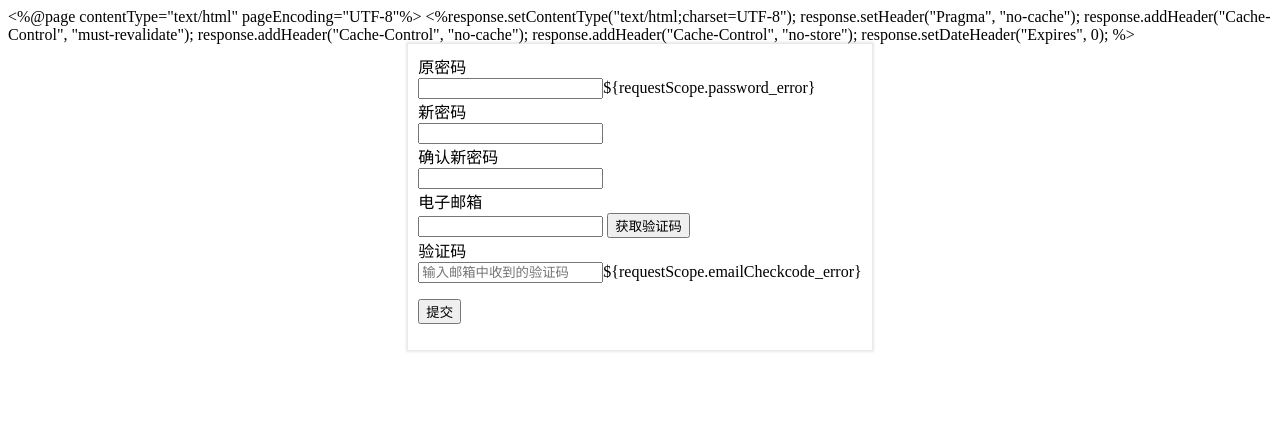
Repository: IAmJiangWenHao/ReportServer
Page: web/demo.html
An editor plug-in stored every save of this project. The page is shown before and after the next save, followed by the edit.
The browser window is 1280 px wide. The pictures show the whole page.

Above is the page before, as saved 2023-06-01 12:33:53.

### web/demo.html
<%@page contentType="text/html" pageEncoding="UTF-8"%>
<%response.setContentType("text/html;charset=UTF-8");
  response.setHeader("Pragma", "no-cache");
  response.addHeader("Cache-Control", "must-revalidate");
  response.addHeader("Cache-Control", "no-cache");
  response.addHeader("Cache-Control", "no-store");
  response.setDateHeader("Expires", 0);
%>
<!DOCTYPE html>
<html>
  <head>
    <meta http-equiv="Content-Type" content="text/html; charset=UTF-8">
    <title>重置口令</title>
  </head>

  <body>
    <style>
            #course1{


        padding: 10px;
        box-shadow: 0 0 2px 2px rgba(30, 30, 4, 0.1);
      }
      #course1:hover{
        box-shadow: 0 0 2px 2px rgba(30, 30, 4, 0.3);
      }
      #course1 tbody tr {
      display: flex;
      border-radius: 20px;
      width: auto;
      height: auto;
      padding: 10px;
      font-size: 26px;
      background-color: #fff;
      position: relative;
      justify-content: flex-start
    }
    #course1 tbody tr td a{
      color: #000;
      text-decoration:none;
    }
    #course1 tbody tr td a:hover{
      box-shadow: 0 0 10px 5px rgba(30, 30, 4, 0.3);
    }
    #course1 tbody tr td input{
      border: 0;
      height: 100%;
      background-color: #fff;
    }
    #course1 tbody tr td input:hover{
      border: 0;
      box-shadow: 0 0 10px 5px rgba(30, 30, 4, 0.3);
    }
    </style>
    <div style="              display: flex; flex-direction:column;align-items: center;">
    <div id="course1">
      <form action="SetPasswordEmail.do" method="post" name="form1" onSubmit="return Check()">
        原密码 <div id="old"><input type="password" name="oldpass" >${requestScope.password_error}</div>
        新密码 <div id="new"><input type="password" name="newpass" ><div id="info_newpass" style="color: #ff0000;display:inline;"></div></div>
        确认新密码 <div id="comfirm"><input type="password" name="confirmpass"  ><div id="info_confirm" style="color: #ff0000;display:inline;"></div> </div>
        电子邮箱 <div id="email"><input type="text" name="email" onblur=isEmail(this.value)> <input type="button" id="button" value="获取验证码"></div>
        验证码<div id="emailcode"><input type="text" name="emailCheckcode"  placeholder="输入邮箱中收到的验证码"/>${requestScope.emailCheckcode_error}</div>
        <p>
          <input type="submit" id="submit" value="提交">
      </form>
        <div id="result"></div>
    </div>
    </div>
    <script>
      const info_newpass = document.getElementById("info_newpass");
      const info_confirm = document.getElementById("info_confirm");
      const newpass = document.getElementsByTagName("input")[1];
      const confirmpass = document.getElementsByTagName("input")[2];
      const email = document.getElementsByTagName("input")[3];
      newpass.onchange = function () {
        info_newpass.innerHTML = "长度6-8位";
        if (confirmpass.value === newpass.value && newpass.value.length >= 4)
          info_confirm.innerHTML = "ok";
        else
        {
          info_confirm.innerHTML = "不匹配";
        }
      };

      confirmpass.onchange = function () {
        if (confirmpass.value === newpass.value && newpass.value.length >= 4)
          info_confirm.innerHTML = "ok";
        else
        {
          info_confirm.innerHTML = "不匹配";
        }
      };

      function isEmail(strEmail) {
        if (strEmail.search(/^\w+((-\w+)|(\.\w+))*\@[A-Za-z0-9]+((\.|-)[A-Za-z0-9]+)*\.[A-Za-z0-9]+$/) !== -1)
          return true;
        else
          alert(email.value + "邮箱格式错误");
      }
      function Check()
      {
        for (var i = 0; i < document.form1.elements.length - 1; i++)
        {
          if (document.form1.elements[i].value === "")
          {
            alert("不允许空！");
            document.form1.elements[i].focus();
            return false;
          }
        }
        if (newpass.value.length < 6)
        {
          alert("密码长度不足！");
          document.getElementsByTagName("input")[1].focus();
          return false;
        }
        if (confirmpass.value !== newpass.value)
        {
          alert("两次输入不匹配！");
          document.getElementsByTagName("input")[2].focus();
          return false;
        }
        return true;

      }
      //获取button
      const btn = document.getElementById("button");
      const result=document.getElementById("result");
      //绑定按钮的 click 事件
      btn.onclick = function () {
        if (!isEmail(email.value))
          return false;
        btn.disabled = true;//禁用按钮
        setBTN();
        //1.创建请求对象
        const xhr = new XMLHttpRequest();
        //2.设置请求方法和URL
        xhr.open("post", "/Report_load_system/EmailCheckcodeServlet?email=" + email.value, true);
        //3.发送
        xhr.send();
        //4. 绑定事件 处理服务端返回的结果
        //readystate 是xhr的一个属性，状态 0 1 2 3 4
        xhr.onreadystatechange = function () {
          // 如果服务器端返回了所有的结果
          if (xhr.readyState === 4) {
            //判断响应码 2XX 表示成功
            if (xhr.status >= 200 && xhr.status <= 300) {
              //处理结果
              console.log(xhr.status);//状态码
              console.log(xhr.statusText);//状态字符串
              console.log(xhr.getAllResponseHeaders());//响应头
              console.log(xhr.response);//响应体
              //设置 result 显示的文本内容
              result.innerHTML=xhr.response;
            } else {
            }
          }
        };
      };

      //修改按钮，控制验证码重新获取
      var time0 = 30;
      var time = time0;
      var t;  // 验证按钮的20s计时
      //修改按钮，控制验证码重新获取
      function changeBTN() {
        if (time > 0) {
          btn.value = "(" + time + "s)" + "重新获取";
          time = time - 1;
        } else {

          btn.disabled = false;
          btn.value = "获取验证码";
          clearInterval(t);
          time = time0;
        }
      }
      function setBTN() {
        btn.value = "(" + time + "s)" + "重新获取";
        time = time - 1;
        t = setInterval("changeBTN()", 1000);  // 1s调用一次
      }
    </script>
  </body>
</html>

After the next save:
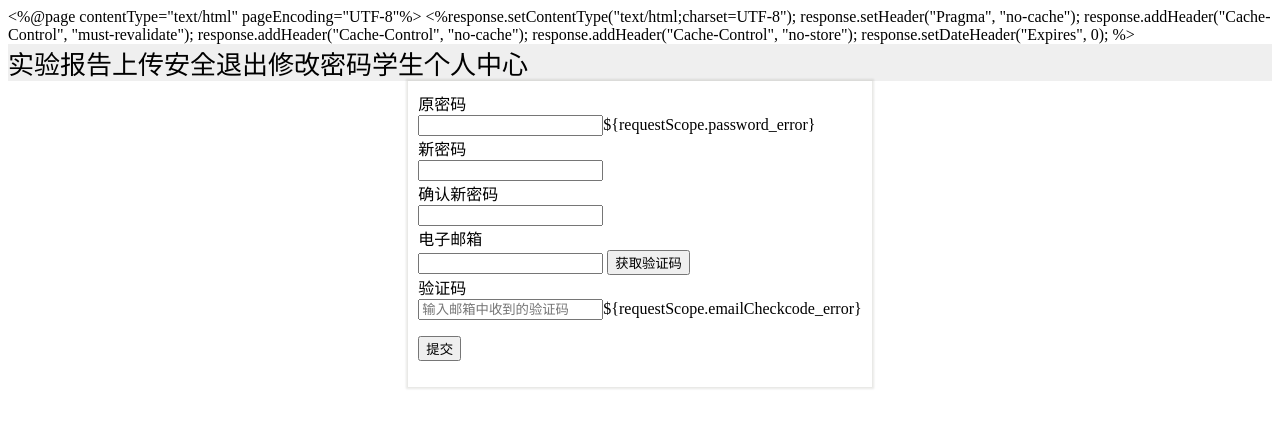
Saved 72 s later.
--- a/web/demo.html
+++ b/web/demo.html
@@ -52,6 +52,12 @@
       box-shadow: 0 0 10px 5px rgba(30, 30, 4, 0.3);
     }
     </style>
+        <div style="display:flex;font-size: 26px;background-color: buttonface;">
+          <a href="student.jsp" class="topbar-item" style="color: black;text-decoration:none;"> 实验报告上传</a>
+          <div class="topbar-item"><a style="color: black;text-decoration:none;" href="exit.jsp">安全退出</a></div>
+          <div class="topbar-item"><a style="color: black;text-decoration:none;" href="WEB-INF/set_password_email.jsp">修改密码</a></div>
+          <div class="topbar-item"><a style="color: black;text-decoration:none;" href="message.jsp">学生个人中心</a></div>
+        </div>
     <div style="              display: flex; flex-direction:column;align-items: center;">
     <div id="course1">
       <form action="SetPasswordEmail.do" method="post" name="form1" onSubmit="return Check()">
